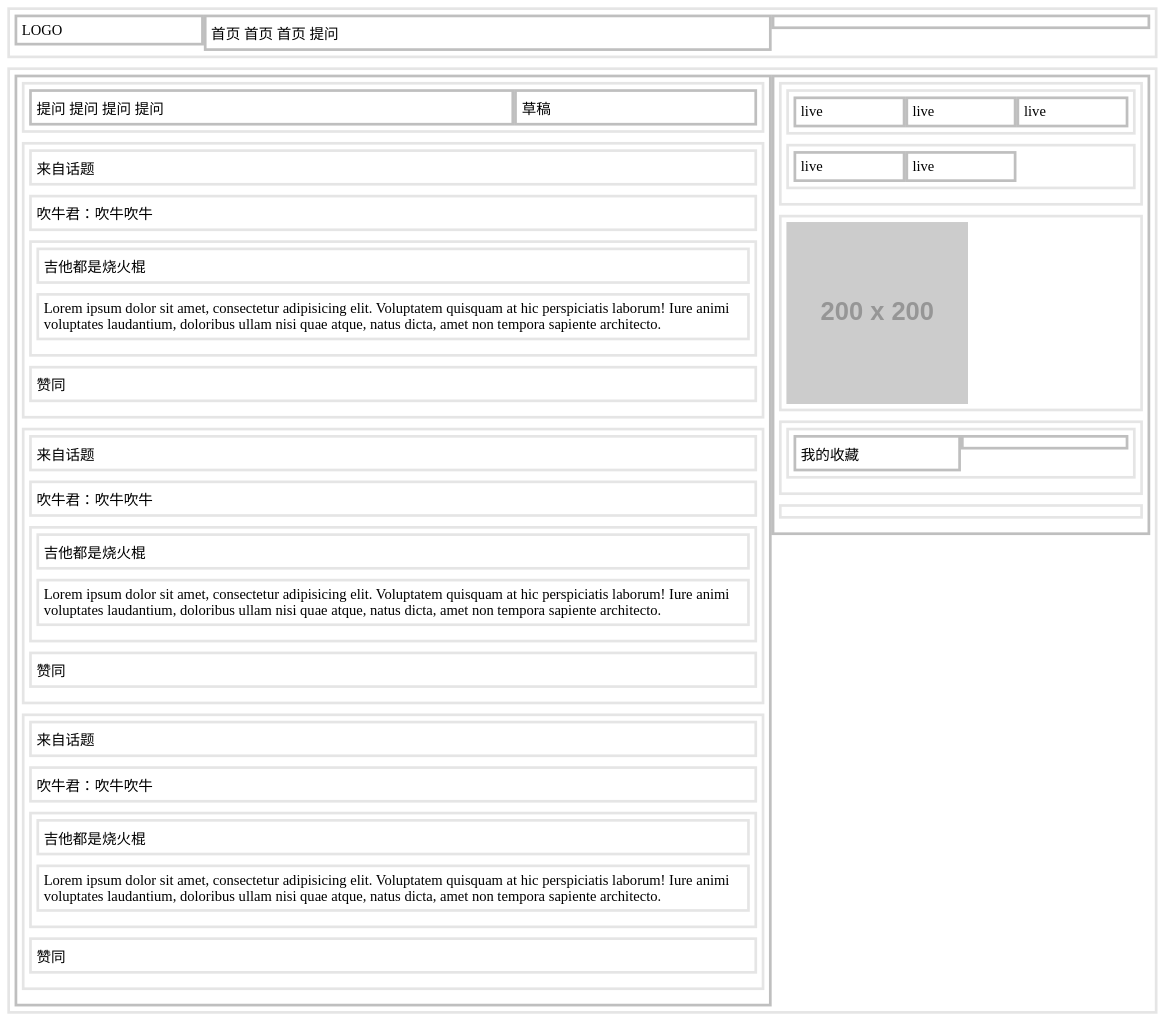
Repository: 0xbul1/biao-class-3
Page: practice/012-float-grid/zhihu.html
An editor plug-in stored every save of this project. The page is shown before and after the next save, followed by the edit.
The browser window is 1280 px wide. The pictures show the whole page, at 91% of full size.

Above is the page before, as saved 2018-10-04 14:22:10.

After the next save:
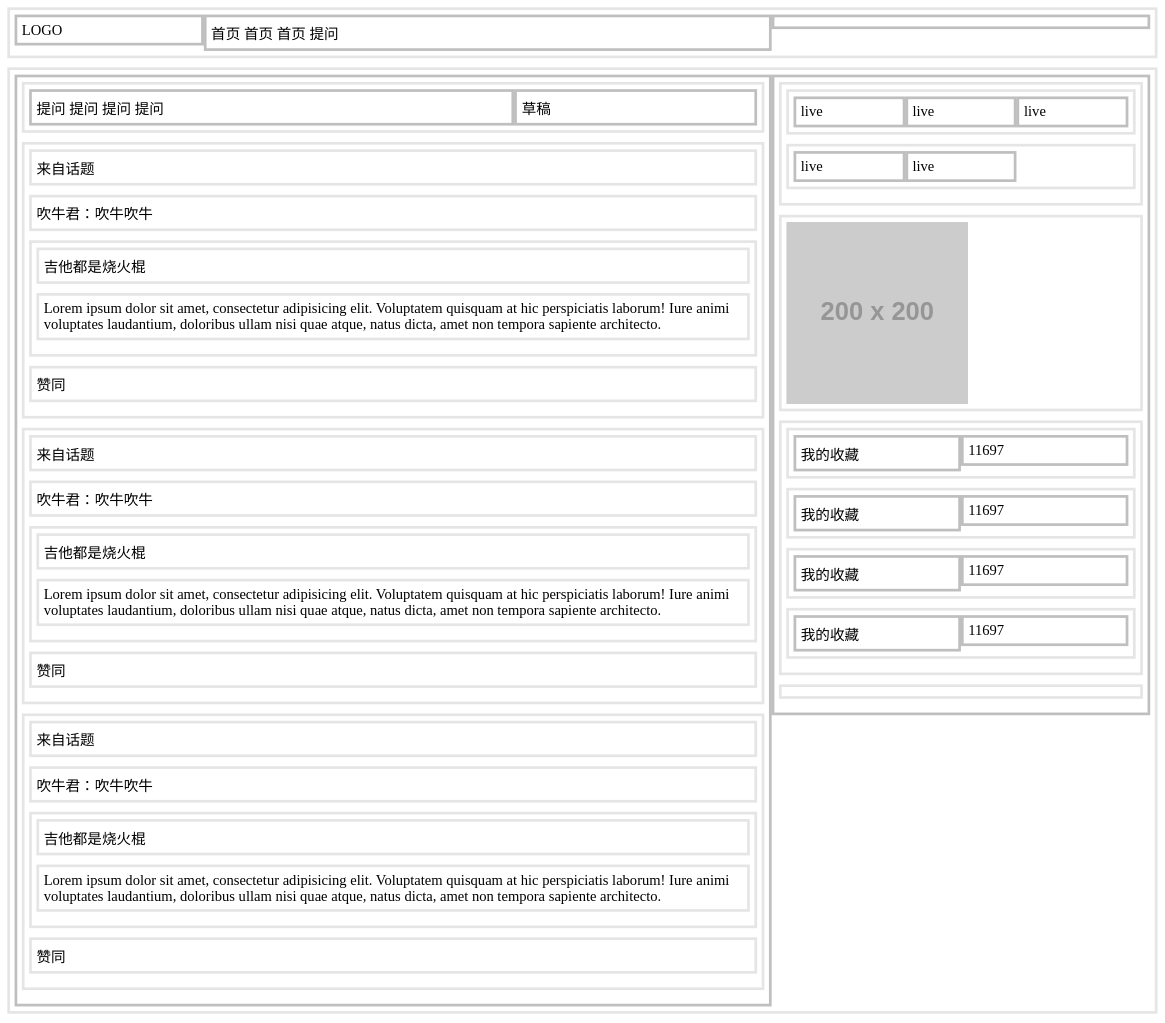
Saved 12 s later.
--- a/practice/012-float-grid/zhihu.html
+++ b/practice/012-float-grid/zhihu.html
@@ -124,7 +124,19 @@
         <div class="row">
             <div class="row">
                 <div class="col-6">我的收藏</div>
-                <div class="col-6"></div>
+                <div class="col-6">11697</div>
+            </div>
+            <div class="row">
+                <div class="col-6">我的收藏</div>
+                <div class="col-6">11697</div>
+            </div>
+            <div class="row">
+                <div class="col-6">我的收藏</div>
+                <div class="col-6">11697</div>
+            </div>
+            <div class="row">
+                <div class="col-6">我的收藏</div>
+                <div class="col-6">11697</div>
             </div>
         </div>
         <div class="row"></div>
